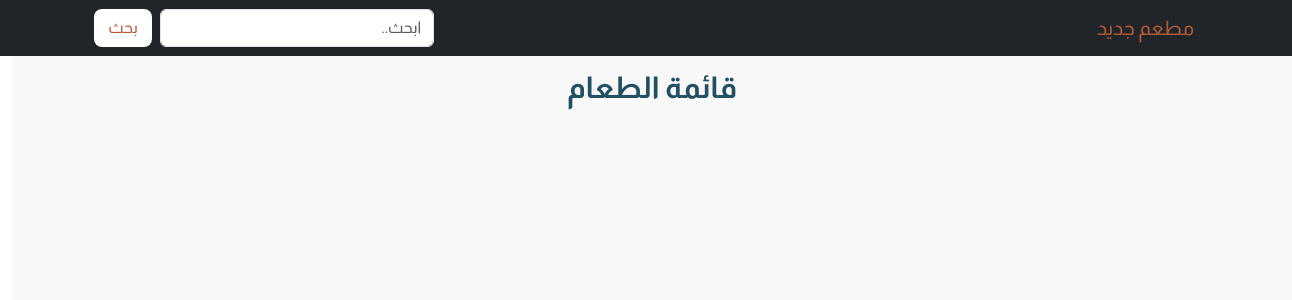
Repository: kerlos-alfy/Restaurant-Menu
Page: /
An editor plug-in stored every save of this project. The page is shown before and after the next save, followed by the edit.
The browser window is 1280 px wide. The page is 1292 px wide, so the pictures cover 1292 px, including what lies to the right of the window. The pictures show the whole page.
Some web fonts or font styles are not loaded; a fallback is used. The project was rebuilt for these pictures with package versions that can differ from the ones it lists, and the page was loaded fresh each time. Also part of the build but not shown: vite.config.js, src/App.css.

Above is the page before, as saved 2024-12-20 01:13:00.

### index.html
<!DOCTYPE html>
<html lang="ar" dir="rtl">
	<head>
		<meta charset="UTF-8" />
		<link rel="icon" type="image/svg+xml" href="/vite.svg" />
		<link
			rel="stylesheet"
			href="https://cdn.jsdelivr.net/npm/bootstrap@5.3.2/dist/css/bootstrap.min.css"
			integrity="sha384-T3c6CoIi6uLrA9TneNEoa7RxnatzjcDSCmG1MXxSR1GAsXEV/Dwwykc2MPK8M2HN"
			crossorigin="anonymous" />
		<!-- Start Font Google Arabic  -->
		<link rel="preconnect" href="https://fonts.googleapis.com" />
		<link rel="preconnect" href="https://fonts.gstatic.com" crossorigin />
		<link
			href="https://fonts.googleapis.com/css2?family=Alkalami&family=Almarai:wght@300;400;700;800&family=Cairo:wght@200..1000&family=Rakkas&display=swap"
			rel="stylesheet" />
		<!-- End Font Google Arabic  -->
		<meta name="viewport" content="width=device-width, initial-scale=1.0" />
		<title>Vite + React</title>
	</head>
	<body>
		<div id="root"></div>
		<script type="module" src="/src/main.jsx"></script>
	</body>
</html>

### src/index.css
/* :root {
  font-family: Inter, system-ui, Avenir, Helvetica, Arial, sans-serif;
  line-height: 1.5;
  font-weight: 400;

  color-scheme: light dark;
  color: rgba(255, 255, 255, 0.87);
  background-color: #242424;

  font-synthesis: none;
  text-rendering: optimizeLegibility;
  -webkit-font-smoothing: antialiased;
  -moz-osx-font-smoothing: grayscale;
}

a {
  font-weight: 500;
  color: #646cff;
  text-decoration: inherit;
}
a:hover {
  color: #535bf2;
}

body {
  margin: 0;
  display: flex;
  place-items: center;
  min-width: 320px;
  min-height: 100vh;
}

h1 {
  font-size: 3.2em;
  line-height: 1.1;
}

button {
  border-radius: 8px;
  border: 1px solid transparent;
  padding: 0.6em 1.2em;
  font-size: 1em;
  font-weight: 500;
  font-family: inherit;
  background-color: #1a1a1a;
  cursor: pointer;
  transition: border-color 0.25s;
}
button:hover {
  border-color: #646cff;
}
button:focus,
button:focus-visible {
  outline: 4px auto -webkit-focus-ring-color;
}

@media (prefers-color-scheme: light) {
  :root {
    color: #213547;
    background-color: #ffffff;
  }
  a:hover {
    color: #747bff;
  }
  button {
    background-color: #f9f9f9;
  }
} */

.color-body {
	background-color: #f8f8f8;
	height: 100vh;
}
.font {
	font-family: "Almarai", sans-serif;
}
.title {
	color: #224f61;
	font-family: Almarai;
	font-size: 30px;
	font-weight: bold;
	letter-spacing: 0;
	line-height: 64px;
}
.underline {
	height: 1px;
	width: 200px;
	border-radius: 10px;
	border: 2px solid #b45b35;
}
.btn {
	color: black;
	font-family: Almarai;
	font-size: 18px;
	letter-spacing: 0;
	line-height: 24px;
}
.btn:hover {
	color: black;
	font-family: Almarai;
	font-size: 18px;
	font-weight: bold;
	letter-spacing: 0;
	line-height: 24px;
	border-radius: 11px;
	border: none;
	background-color: #b45b35;
}
.img-item {
	height: 180px;
	width: 252px;
	border-radius: 5px;
}
.item-description {
	color: #8c8c8c;
	font-family: Almarai;
	font-size: 16px;
	letter-spacing: 0;
	line-height: 20px;
}
.item-title {
	color: #555555;
	font-family: Almarai;
	font-size: 16px;
	font-weight: bold;
	letter-spacing: 0;
	line-height: 20px;
}
.card-color {
	background-color: #f8f8f8;
}
.item-price {
	color: #b45b35;
	font-family: Almarai;
	font-size: 16px;
	font-weight: bold;
	letter-spacing: 0;
	line-height: 20px;
}
.btn-search {
	border: none;
	cursor: pointer;
	color: #b45b35;
	border-radius: 3px solid #b45b35;
	border-radius: 8px;
	background-color: white;
	width: 72px;
	font-weight: 500;
}
.btn-search:hover {
	color: white;
	border-radius: 3px solid white;
	background-color: #b45b35;
	border-radius: 8px;
}
.brand-color {
	color: #b45b35;
}

### src/App.jsx
import { Container } from "react-bootstrap";
import "./App.css";
import NavBar from "./components/NavBar";
import Header from "./components/Header";
function App() {
	return (
		<div className="color-body font">
			<NavBar />
			<Container>
				<Header />
			</Container>
		</div>
	);
}

export default App;

### src/components/NavBar.jsx
import { Navbar, Container, Row, Nav, Form, FormControl } from "react-bootstrap";
const NavBar = () => {
	return (
		<Row>
			<Navbar bg="dark" expand="lg" variant="dark">
				<Container>
					<Navbar.Brand href="#">
						<div className="brand-color">مطعم جديد</div>
					</Navbar.Brand>
					<Navbar.Toggle aria-controls="navbarScroll" />
					<Navbar.Collapse id="navbarScroll">
						<Nav className="me-auto my-2 my-lg-0" style={{ maxHeight: "100px" }} navbarScroll></Nav>
						<Form className="d-flex">
							<FormControl type="text" placeholder="ابحث.." className="mx-2" />
							<button className="btn-search">بحث</button>
						</Form>
					</Navbar.Collapse>
				</Container>
			</Navbar>
		</Row>
	);
};

export default NavBar;

### src/components/Header.jsx
import { Col, Row } from "react-bootstrap";

const Header = () => {
	return (
		<Row>
			<Col sm="12" className="text-center justify-content-center">
				<div className="title">قائمة الطعام </div>
			</Col>
		</Row>
	);
};

export default Header;

Loaded but not shown: src/main.jsx (common file)

After the next save:
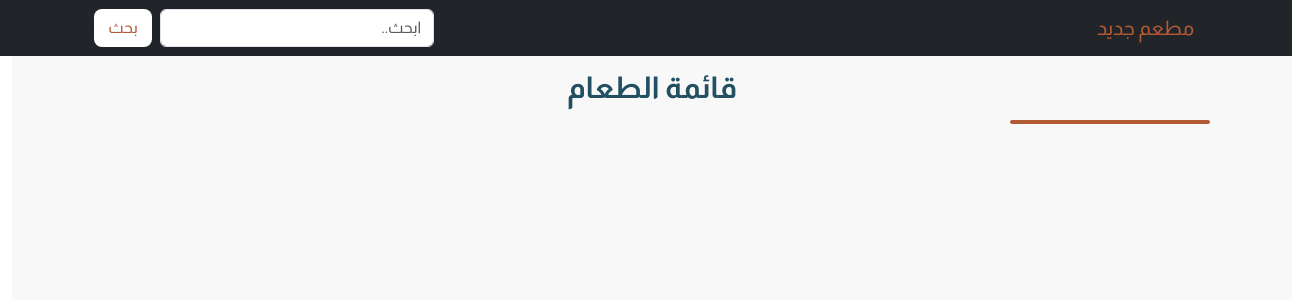
Saved 116 s later.
--- a/src/components/Header.jsx
+++ b/src/components/Header.jsx
@@ -5,6 +5,9 @@ const Header = () => {
 		<Row>
 			<Col sm="12" className="text-center justify-content-center">
 				<div className="title">قائمة الطعام </div>
+				<div>
+					<p className="underline"></p>
+				</div>
 			</Col>
 		</Row>
 	);
